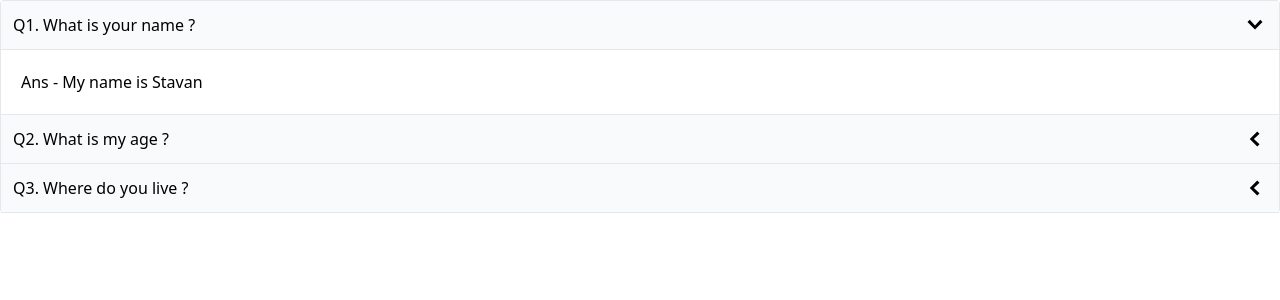
Repository: stavan30/components
Page: /
The author's editor kept a copy of each file at every save. The page is drawn from the files as they stood at one save, then again after the next save.
The browser window is 1280 px wide. The pictures show the whole page.
The project was rebuilt for these pictures with package versions that can differ from the ones it lists, and the page was loaded fresh each time.

Above is the page before, as saved 2024-03-13 02:36:02.

After the next save:
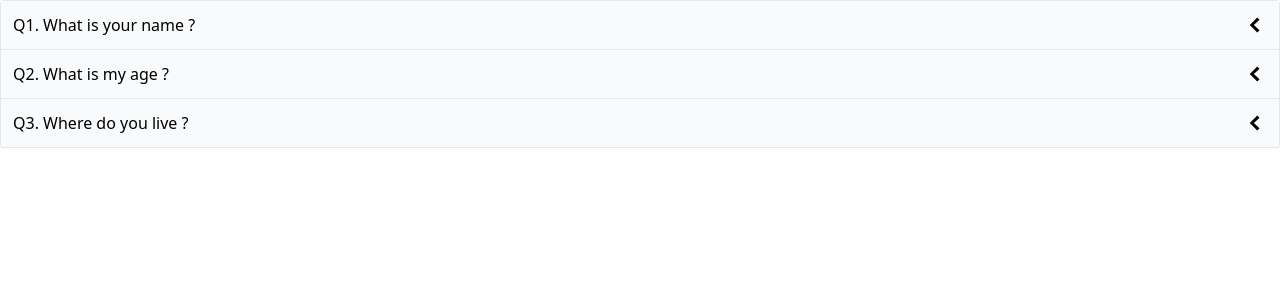
Saved 25 s later.
--- a/src/components/Accordion.js
+++ b/src/components/Accordion.js
@@ -5,7 +5,7 @@ import { GoChevronDown, GoChevronLeft } from "react-icons/go";
 
 const Accordion = ({items}) => {
 
-    const [expandedIndex, setExpandedIndex] = useState(0)
+    const [expandedIndex, setExpandedIndex] = useState(-1)
 
     const renderedItems = items.map((item, index)=>{
         const isExpanded = index === expandedIndex;
